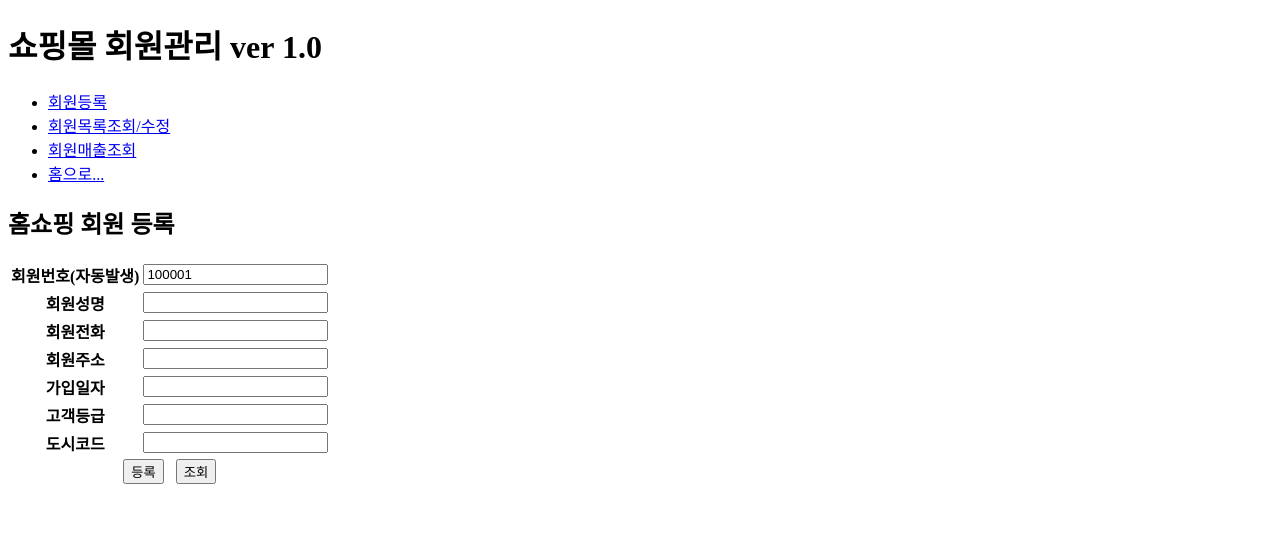
Repository: beruzz/ezen
Page: http://localhost/hrd_project/register.jsp
The author's editor kept a copy of each file at every save. The page is drawn from the files as they stood at one save, then again after the next save.
The browser window is 1280 px wide. The pictures show the whole page.
The page is served by Tomcat 9. Queries for data that is not in the repository find no rows.

Above is the page before, as saved 2022-12-16 00:50:13.

After the next save:
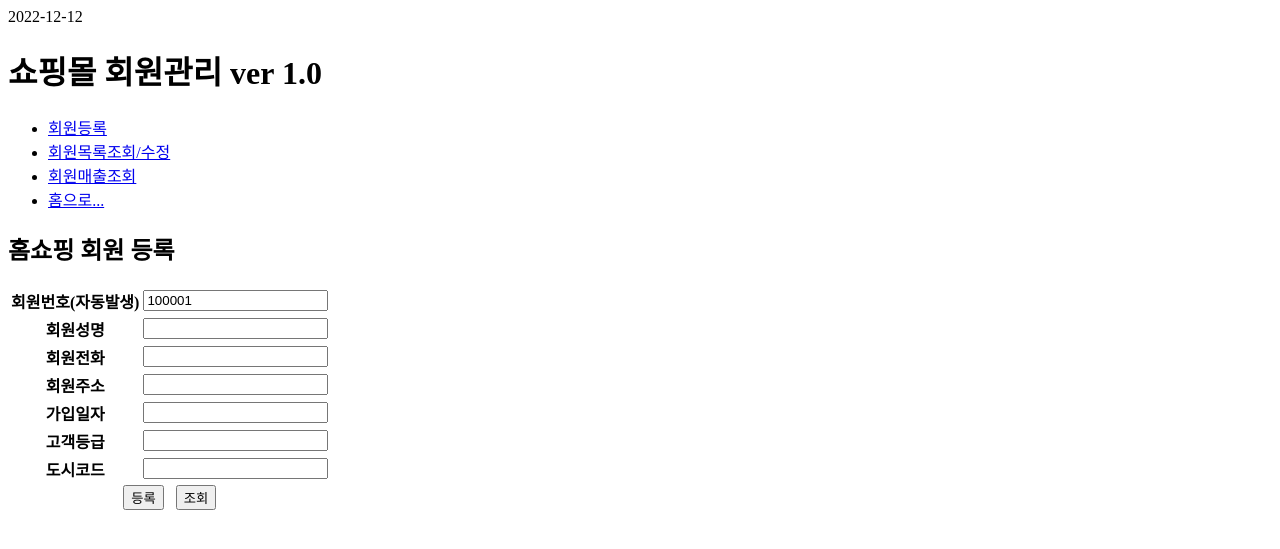
Saved 3 min 53 s later.
--- a/JSP_Board&Member/hrd_project/src/main/webapp/register.jsp
+++ b/JSP_Board&Member/hrd_project/src/main/webapp/register.jsp
@@ -1,3 +1,5 @@
+<%@page import="java.text.SimpleDateFormat"%>
+<%@page import="java.util.Calendar"%>
 <%@page import="java.sql.PreparedStatement"%>
 <%@page import="java.sql.Connection"%>
 <%@page import="java.sql.ResultSet"%>
@@ -9,6 +11,13 @@
 Connection conn = null;
 PreparedStatement pst = null;
 ResultSet rs = null;
+
+//오늘날짜 작업
+Calendar c = Calendar.getInstance();
+SimpleDateFormat sdf = new SimpleDateFormat("yyyy-MM-dd"); //mm (시간), MM(월)
+String today = sdf.format(c.getTime());
+out.print(today);
+
 //가장 마지막에 추가된 회원 번호를 불러오기
 String sql = "select max(custno) from member_tbl_02";
 
